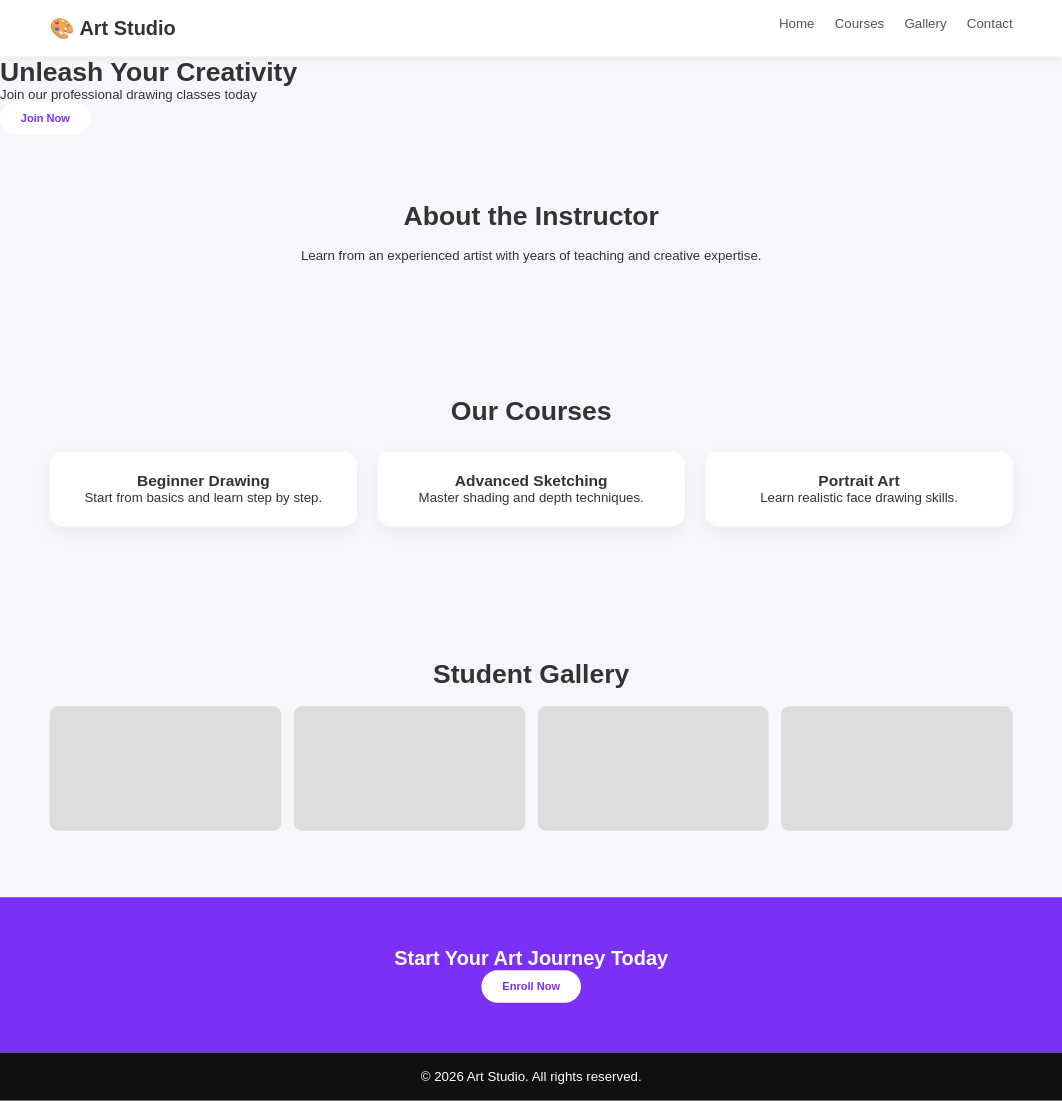
Repository: nandharjpm/Art-World
Page: http://localhost/
The author's editor kept a copy of each file at every save. The page is drawn from the files as they stood at one save, then again after the next save.
The browser window is 1280 px wide. The pictures show the whole page, at 83% of full size.
The page is served by the project's Laravel application, run on PHP 8.4 with Laravel 12.

Above is the page before, as saved 2026-04-18 14:56:55.

After the next save:
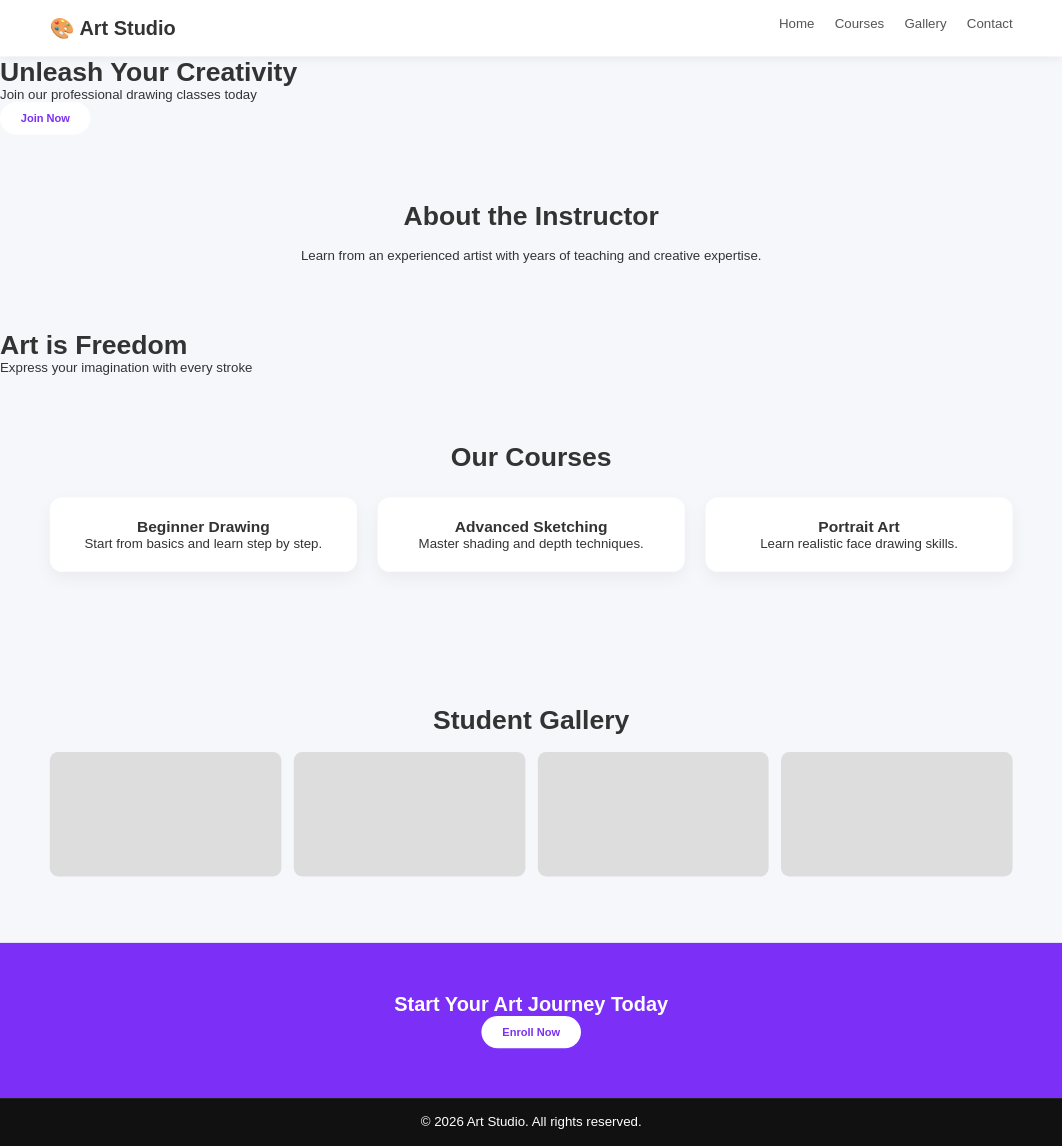
Saved 32 s later.
--- a/resources/views/welcome.blade.php
+++ b/resources/views/welcome.blade.php
@@ -30,6 +30,13 @@
 <div class="section">
     <h2>About the Instructor</h2>
     <p>Learn from an experienced artist with years of teaching and creative expertise.</p>
+</div>
+
+<div class="parallax" style="background-image: url('{{ asset('images/art2.jpg') }}');">
+    <div class="parallax-content">
+        <h1>Art is Freedom</h1>
+        <p>Express your imagination with every stroke</p>
+    </div>
 </div>
 
 <div class="section">
